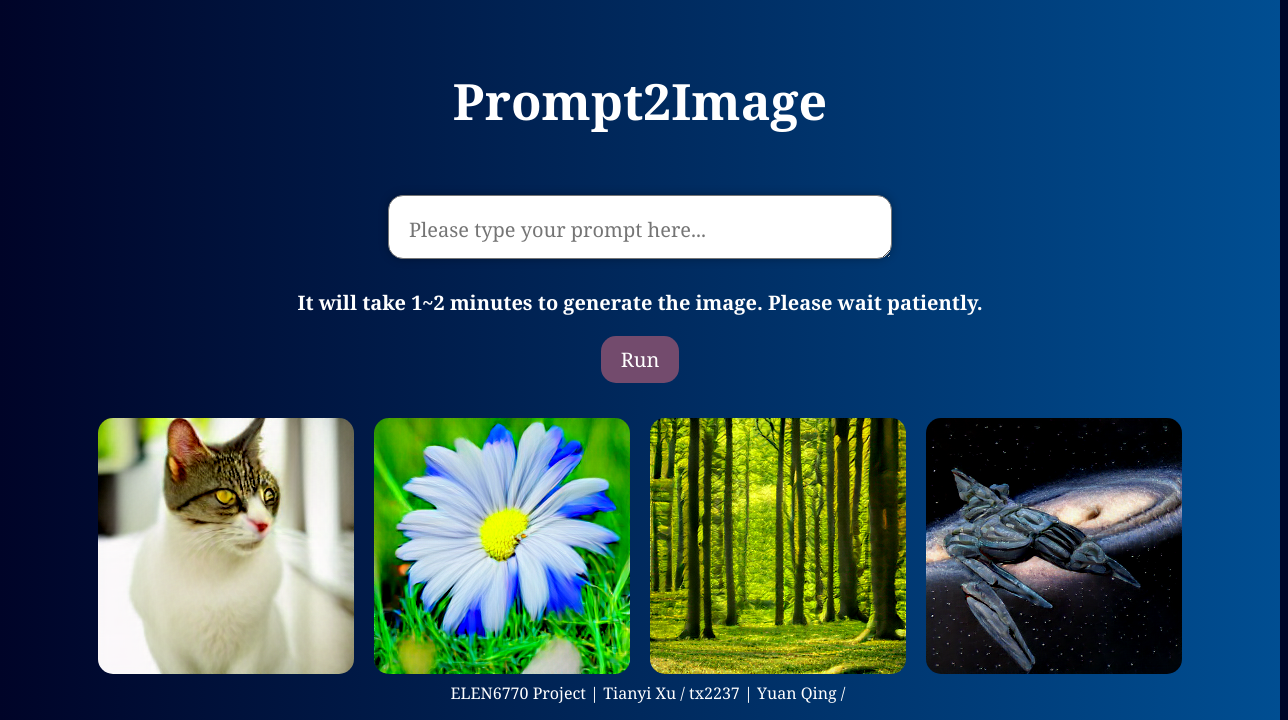
Repository: XTTTZ/Prompt2Image
Page: main4.html
These files come from the project's save history. The page is drawn as it stood at one moment and after the next save; the edit follows.
The browser window is 1280 px wide. The page is 1288 px wide, so the pictures cover 1288 px, including what lies to the right of the window. The pictures show the whole page.
The page's requests for data from a server got no answer.

Above is the page before, as saved 2023-12-01 00:33:45.

After the next save:
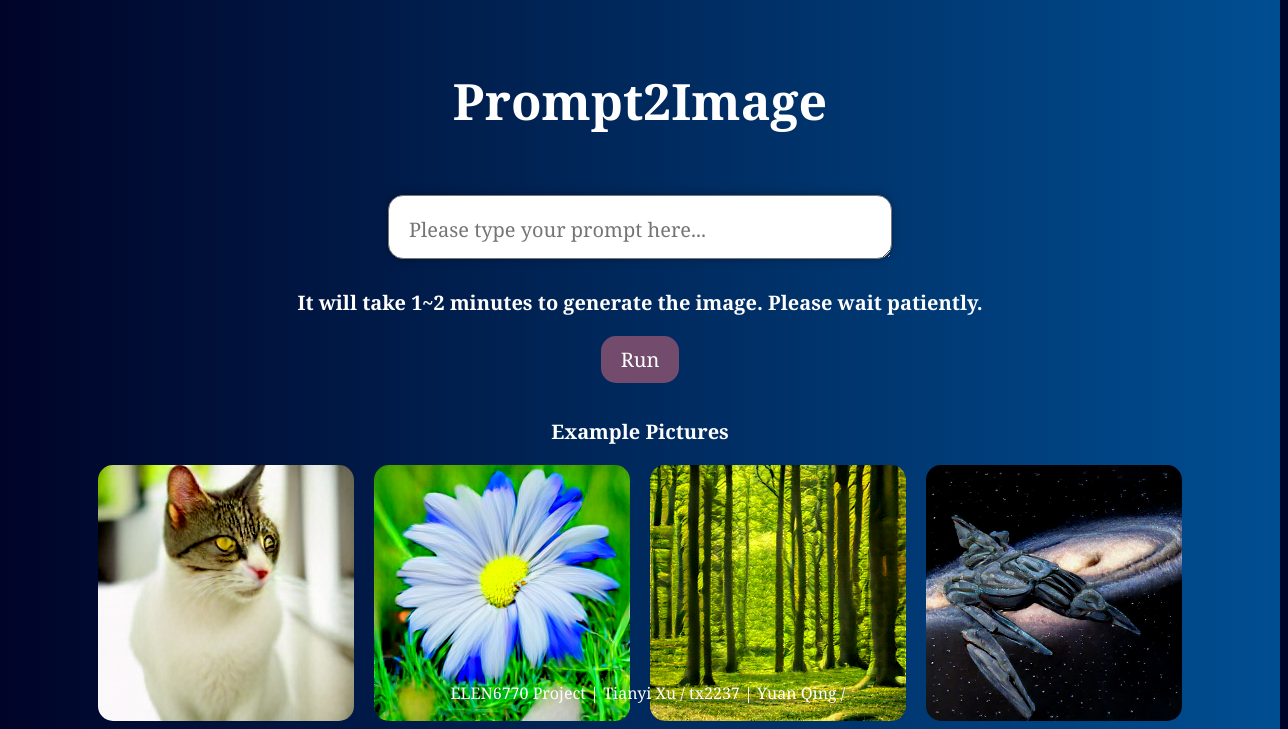
Saved 25 s later.
--- a/main4.html
+++ b/main4.html
@@ -112,7 +112,8 @@
     </form>
     <!-- Display generated images -->
     <label>
-        <p></p>
+        <p>Example Pictures
+        </p>
     </label>
     <form id="exampleForm" style="flex-direction: row;gap:20px">
         <img src="/static/cute cat.png" title="cute cat">
